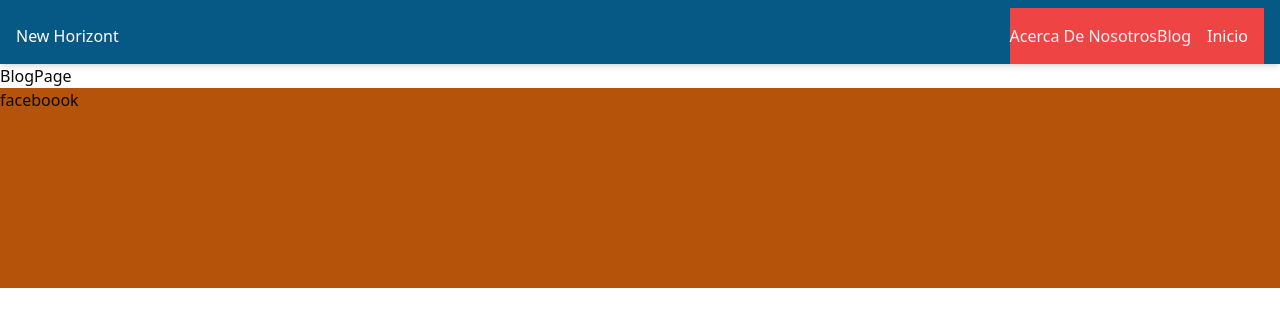
Repository: jefrydep/new-horizont-school
Page: /blog
These files come from the project's save history. The page is drawn as it stood at one moment and after the next save; the edit follows.
The browser window is 1280 px wide. The pictures show the whole page.
The project was rebuilt for these pictures with package versions that can differ from the ones it lists, and the page was loaded fresh each time. The framework's server and built-in components were replaced by stand-ins that run in the browser. Also part of the build but not shown: next.config.ts.

Above is the page before, as saved 2024-11-07 19:57:10.

### src/app/layout.tsx
import type { Metadata } from "next";
import localFont from "next/font/local";
import "./globals.css";
import Navbar from "@/components/Navbar";
import { Button } from "@/components/ui/button";
import Footer from "@/components/Footer";

const geistSans = localFont({
  src: "./fonts/GeistVF.woff",
  variable: "--font-geist-sans",
  weight: "100 900",
});
const geistMono = localFont({
  src: "./fonts/GeistMonoVF.woff",
  variable: "--font-geist-mono",
  weight: "100 900",
});

export const metadata: Metadata = {
  title: "Create Next App",
  description: "Generated by create next app",
};

export default function RootLayout({
  children,
}: Readonly<{
  children: React.ReactNode;
}>) {
  return (
    <html lang="en">
      <body
        className={`   ${geistSans.variable} ${geistMono.variable} antialiased`}
      >
        <Navbar />
        {children}
        <div className=" sm:hidden bg-white border flex justify-center py-3  absolute bottom-0 right-0 left-0">
          <Button className="bg-green-500">
            <span>w</span> Contacto
          </Button>
        </div>
        {/* <div className="absolute bg-red-400 bottom-0 left-1/2 transform -translate-x-1/2 mb-4">
          <Button>Contacto</Button>
        </div> */}
        <Footer/>
      </body>
    </html>
  );
}

### src/app/(new-horizont-school)/layout.tsx
// import type { Metadata } from "next";
// import localFont from "next/font/local";

import Navbar from "@/components/Navbar";

// const geistSans = localFont({
//   src: "./fonts/GeistVF.woff",
//   variable: "--font-geist-sans",
//   weight: "100 900",
// });
// const geistMono = localFont({
//   src: "./fonts/GeistMonoVF.woff",
//   variable: "--font-geist-mono",
//   weight: "100 900",
// });

// export const metadata: Metadata = {
//   title: "Create Next App",
//   description: "Generated by create next app",
// };

export default function SchoolLayout({
  children,
}: Readonly<{
  children: React.ReactNode;
}>) {
  return (
    <html lang="en">
      <body
      // className={`${geistSans.variable} ${geistMono.variable} antialiased`}
      >
        {children}
      </body>
    </html>
  );
}

### src/app/(new-horizont-school)/blog/page.tsx
import React from 'react'

export default function BlogPage() {
  return (
    <div>BlogPage</div>
  )
}

### src/app/globals.css
@tailwind base;
@tailwind components;
@tailwind utilities;

/* :root {
  --background: #ffffff;
  --foreground: #171717;
}

@media (prefers-color-scheme: dark) {
  :root {
    --background: #0a0a0a;
    --foreground: #ededed;
  }
}

body {
  color: var(--foreground);
  background: var(--background);
  font-family: Arial, Helvetica, sans-serif;
} */
@layer base {
  :root {
    --background: 0 0% 100%;
    --foreground: 20 14.3% 4.1%;
    --card: 0 0% 100%;
    --card-foreground: 20 14.3% 4.1%;
    --popover: 0 0% 100%;
    --popover-foreground: 20 14.3% 4.1%;
    --primary: 24 9.8% 10%;
    --primary-foreground: 60 9.1% 97.8%;
    --secondary: 60 4.8% 95.9%;
    --secondary-foreground: 24 9.8% 10%;
    --muted: 60 4.8% 95.9%;
    --muted-foreground: 25 5.3% 44.7%;
    --accent: 60 4.8% 95.9%;
    --accent-foreground: 24 9.8% 10%;
    --destructive: 0 84.2% 60.2%;
    --destructive-foreground: 60 9.1% 97.8%;
    --border: 20 5.9% 90%;
    --input: 20 5.9% 90%;
    --ring: 20 14.3% 4.1%;
    --chart-1: 12 76% 61%;
    --chart-2: 173 58% 39%;
    --chart-3: 197 37% 24%;
    --chart-4: 43 74% 66%;
    --chart-5: 27 87% 67%;
    --radius: 0.5rem
  }
  .dark {
    --background: 20 14.3% 4.1%;
    --foreground: 60 9.1% 97.8%;
    --card: 20 14.3% 4.1%;
    --card-foreground: 60 9.1% 97.8%;
    --popover: 20 14.3% 4.1%;
    --popover-foreground: 60 9.1% 97.8%;
    --primary: 60 9.1% 97.8%;
    --primary-foreground: 24 9.8% 10%;
    --secondary: 12 6.5% 15.1%;
    --secondary-foreground: 60 9.1% 97.8%;
    --muted: 12 6.5% 15.1%;
    --muted-foreground: 24 5.4% 63.9%;
    --accent: 12 6.5% 15.1%;
    --accent-foreground: 60 9.1% 97.8%;
    --destructive: 0 62.8% 30.6%;
    --destructive-foreground: 60 9.1% 97.8%;
    --border: 12 6.5% 15.1%;
    --input: 12 6.5% 15.1%;
    --ring: 24 5.7% 82.9%;
    --chart-1: 220 70% 50%;
    --chart-2: 160 60% 45%;
    --chart-3: 30 80% 55%;
    --chart-4: 280 65% 60%;
    --chart-5: 340 75% 55%
  }
}
@layer base {
  * {
    @apply border-border;
  }
  body {
    @apply bg-background text-foreground;
  }
}

### src/components/Navbar.tsx
"use client";
import { Menu, X } from "lucide-react";
import Link from "next/link";
import { useState } from "react";

export default function Navbar() {
  const [isOpen, setIsOpen] = useState<boolean>(false);

  return (
    <header className="bg-sky-800 shadow-md h-16">
      <div className="flex justify-between items-center  m-auto container px-4 py-2">
        <div className="text-white">New Horizont</div>
        <nav className="outline-none hidden bg-red-500  sm:flex items-center  list-none">
          <li className="text-secondary">
            <Link href={"/about"}>Acerca De Nosotros</Link>
          </li>
          <li className="text-secondary">
            <Link href={"/blog"}>Blog</Link>
          </li>
          <li className="text-white p-4">
            <Link href={"/"}>Inicio</Link>
          </li>
        </nav>

        {/* Icono de Menú para abrir el menú en móvil */}
        {!isOpen && (
          <div className="sm:hidden">
            <Menu onClick={() => setIsOpen(!isOpen)} color="white" size={45} />
          </div>
        )}

        {/* Menú desplegable con animación */}
        <div
          className={`${
            isOpen ? "opacity-100 visible" : "opacity-0 invisible"
          } absolute top-0 bottom-0 right-0 left-0 bg-black opacity-95 z-30 list-none transition-all ease-in-out `}
        >
          {isOpen && (
            <>
              <li className="text-white p-4">
                <Link href={"/about"}>Acerca De Nosotros</Link>
              </li>
              <li className="text-white p-4">
                <Link href={"/blog"}>Blog</Link>
              </li>
            </>
          )}
        </div>

        {/* Botón para cerrar el menú */}
        {isOpen && (
          <div className="z-40 absolute right-4 sm:hidden">
            <X onClick={() => setIsOpen(!isOpen)} color="white" size={45} />
          </div>
        )}
      </div>
    </header>
  );
}

### src/components/ui/button.tsx
import * as React from "react"
import { Slot } from "@radix-ui/react-slot"
import { cva, type VariantProps } from "class-variance-authority"

import { cn } from "@/lib/utils"

const buttonVariants = cva(
  "inline-flex items-center justify-center gap-2 whitespace-nowrap rounded-md text-sm font-medium transition-colors focus-visible:outline-none focus-visible:ring-1 focus-visible:ring-ring disabled:pointer-events-none disabled:opacity-50 [&_svg]:pointer-events-none [&_svg]:size-4 [&_svg]:shrink-0",
  {
    variants: {
      variant: {
        default:
          "bg-primary text-primary-foreground shadow hover:bg-primary/90",
        destructive:
          "bg-destructive text-destructive-foreground shadow-sm hover:bg-destructive/90",
        outline:
          "border border-input bg-background shadow-sm hover:bg-accent hover:text-accent-foreground",
        secondary:
          "bg-secondary text-secondary-foreground shadow-sm hover:bg-secondary/80",
        ghost: "hover:bg-accent hover:text-accent-foreground",
        link: "text-primary underline-offset-4 hover:underline",
      },
      size: {
        default: "h-9 px-4 py-2",
        sm: "h-8 rounded-md px-3 text-xs",
        lg: "h-10 rounded-md px-8",
        icon: "h-9 w-9",
      },
    },
    defaultVariants: {
      variant: "default",
      size: "default",
    },
  }
)

export interface ButtonProps
  extends React.ButtonHTMLAttributes<HTMLButtonElement>,
    VariantProps<typeof buttonVariants> {
  asChild?: boolean
}

const Button = React.forwardRef<HTMLButtonElement, ButtonProps>(
  ({ className, variant, size, asChild = false, ...props }, ref) => {
    const Comp = asChild ? Slot : "button"
    return (
      <Comp
        className={cn(buttonVariants({ variant, size, className }))}
        ref={ref}
        {...props}
      />
    )
  }
)
Button.displayName = "Button"

export { Button, buttonVariants }

### src/components/Footer.tsx
export default function Footer() {
  return (
    <div className="bg-amber-700 h-[200px]">
      <footer className="container m-auto">
        <div>faceboook</div>
      </footer>
    </div>
  );
}

Loaded but not shown: src/lib/utils.ts (common file); tailwind.config.ts (common file)

After the next save:
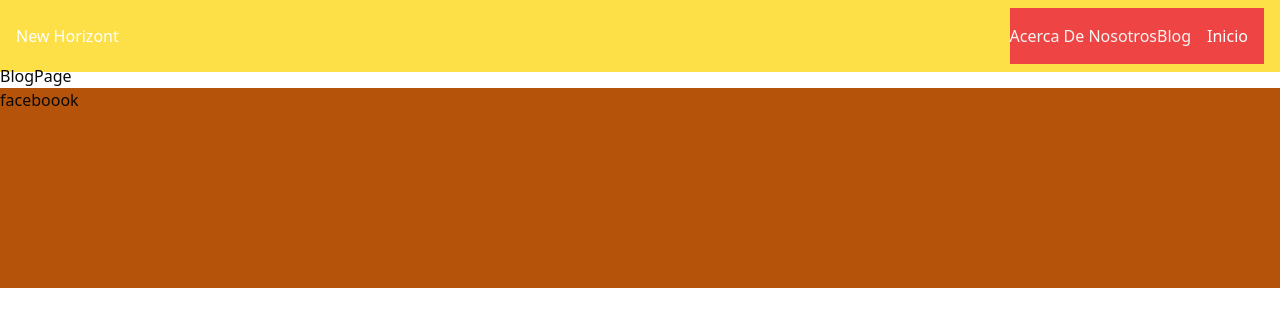
Saved 39 s later.
--- a/src/components/Navbar.tsx
+++ b/src/components/Navbar.tsx
@@ -8,7 +8,7 @@ export default function Navbar() {
 
   return (
     <header className="bg-sky-800 shadow-md h-16">
-      <div className="flex justify-between items-center  m-auto container px-4 py-2">
+      <div className="flex justify-between items-center  bg-yellow-300 m-auto container px-4 py-2">
         <div className="text-white">New Horizont</div>
         <nav className="outline-none hidden bg-red-500  sm:flex items-center  list-none">
           <li className="text-secondary">
